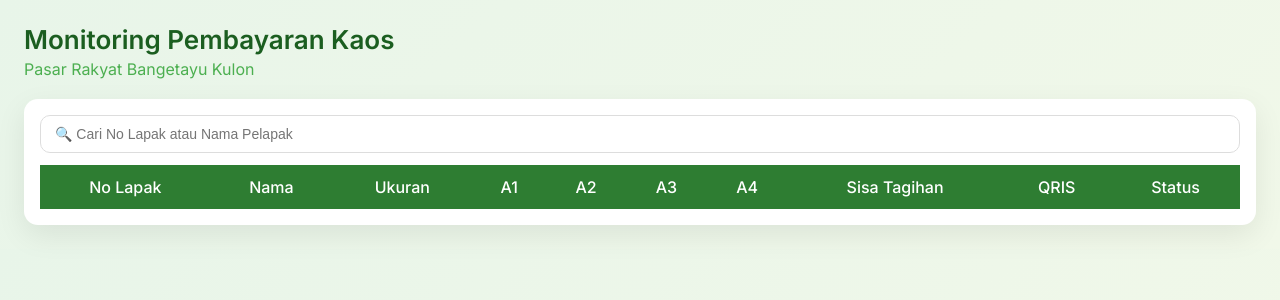
Repository: pasarrakyatbak/monitoringpembayarankaos
Page: index.html
An editor plug-in stored every save of this project. The page is shown before and after the next save, followed by the edit.
The browser window is 1280 px wide. The pictures show the whole page.
The page's requests for data from a server got no answer.

Above is the page before, as saved 2026-01-04 13:45:48.

### index.html
<!DOCTYPE html>
<html lang="id">

<head>
    <meta charset="UTF-8">
    <meta name="viewport" content="width=device-width, initial-scale=1.0">
    <title>Monitoring Kaos Pelapak</title>

    <!-- Font -->
    <link rel="preconnect" href="https://fonts.googleapis.com">
    <link rel="preconnect" href="https://fonts.gstatic.com" crossorigin>
    <link href="https://fonts.googleapis.com/css2?family=Inter:wght@400;500;600&display=swap" rel="stylesheet">

    <link rel="stylesheet" href="style.css">
</head>

<body>
    <div class="app">

        <header class="header">
            <div>
                <h1>Monitoring Pembayaran Kaos</h1>
                <p>Pasar Rakyat Bangetayu Kulon</p>
            </div>
        </header>

        <div class="card">
            <div class="toolbar">
                <input type="text" id="searchInput" placeholder="🔍 Cari No Lapak atau Nama Pelapak">
            </div>

            <div class="table-wrapper">
                <table>
                    <thead>
                        <tr>
                            <th>No Lapak</th>
                            <th>Nama</th>
                            <th>Ukuran</th>
                            <th>A1</th>
                            <th>A2</th>
                            <th>A3</th>
                            <th>A4</th>
                            <th>Sisa Tagihan</th>
                            <th>QRIS</th>
                            <th>Status</th>
                        </tr>
                    </thead>
                    <tbody>
                        <!-- Data dari JS -->
                    </tbody>
                </table>
            </div>
        </div>

    </div>

    <script src="script.js"></script>
</body>

</html>

### style.css
* {
  box-sizing: border-box;
}

body {
  margin: 0;
  font-family: 'Inter', sans-serif;
  background: linear-gradient(135deg, #e8f5e9, #f1f8e9);
}

.app {
  padding: 24px;
}

.header h1 {
  margin: 0;
  font-size: 26px;
  font-weight: 600;
  color: #1b5e20;
}

.header p {
  margin-top: 4px;
  color: #4caf50;
}

.card {
  margin-top: 20px;
  background: #fff;
  border-radius: 14px;
  padding: 16px;
  box-shadow: 0 10px 30px rgba(0, 0, 0, 0.08);
  overflow-x: auto;
}

.toolbar {
  margin-bottom: 12px;
}

.toolbar input {
  width: 100%;
  padding: 10px 14px;
  border-radius: 10px;
  border: 1px solid #ddd;
  font-size: 14px;
}

.toolbar input:focus {
  outline: none;
  border-color: #2e7d32;
}

table {
  width: 100%;
  border-collapse: collapse;
}

th {
  background: #2e7d32;
  color: white;
  padding: 12px;
  font-weight: 500;
}

td {
  padding: 10px;
  text-align: center;
  border-bottom: 1px solid #eee;
}

tr:hover {
  background: #f9f9f9;
}

input[type="checkbox"] {
  width: 18px;
  height: 18px;
  accent-color: #2e7d32;
  cursor: pointer;
}

.status-lunas {
  color: #2e7d32;
  font-weight: 600;
}

.status-belum {
  color: #f57c00;
}

@media (max-width: 768px) {

  th,
  td {
    font-size: 12px;
    padding: 8px;
  }
}

### script.js
const API_URL = "https://script.google.com/macros/s/AKfycby4z2qZ24SrJkcyGpybH29lSUC_3_z1LG-7wSmTzpaOEXrwjXf0Cl3hqkg95qAxPj1-/exec";
let allData = [];

document.addEventListener('DOMContentLoaded', () => {
    const searchInput = document.getElementById('searchInput');
    const tbody = document.querySelector('tbody');

    async function loadData() {
        const res = await fetch(API_URL + "?action=list");
        const data = await res.json();
        allData = data;
        renderTable(data);
    }

    function renderTable(data) {
        tbody.innerHTML = '';
        data.forEach((row, index) => {
            const statusText = row.lunas ? 'Lunas' : 'Belum Lunas';
            const statusClass = row.lunas ? 'status-lunas' : 'status-belum';

            const tr = document.createElement('tr');
            tr.innerHTML = `
        <td>${row.noLapak}</td>
        <td>${row.nama}</td>
        <td>${row.ukuran}</td>
        <td>${row.a1}</td>
        <td>${row.a2}</td>
        <td>${row.a3}</td>
        <td>${row.a4}</td>
        <td>Rp ${row.total.toLocaleString('id-ID')}</td>
        <td>
          <input type="checkbox" ${row.qris ? 'checked' : ''} data-index="${index}">
        </td>
        <td class="${statusClass}">${statusText}</td>
      `;
            tbody.appendChild(tr);
        });
    }

    tbody.addEventListener('change', async (e) => {
        if (e.target.type === 'checkbox') {
            const index = e.target.dataset.index;

            const formData = new FormData();
            formData.append("action", "updateQRIS");
            formData.append("index", index);
            formData.append("qris", e.target.checked ? "true" : "false");

            await fetch(API_URL, {
                method: "POST",
                body: formData
            });

            loadData();
        }
    });

    searchInput.addEventListener('keyup', () => {
        const keyword = searchInput.value.toLowerCase();
        const filtered = allData.filter(item =>
            item.noLapak.toString().includes(keyword) ||
            item.nama.toLowerCase().includes(keyword)
        );
        renderTable(filtered);
    });

    loadData();
});

After the next save:
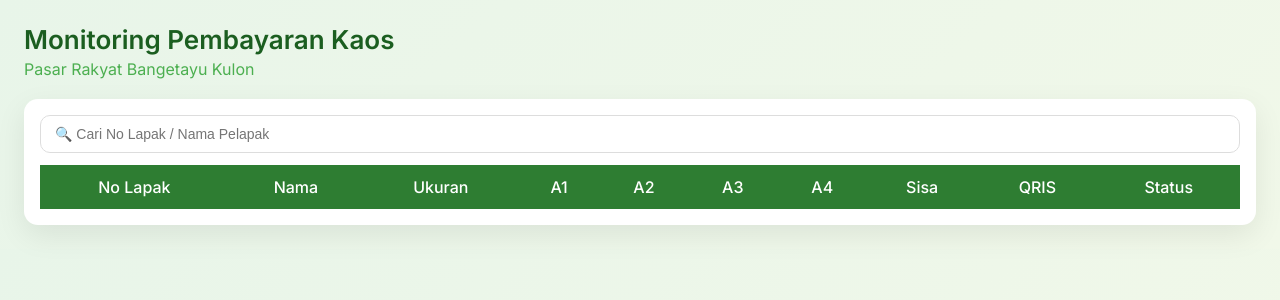
Saved 100 s later.
--- a/index.html
+++ b/index.html
@@ -4,9 +4,9 @@
 <head>
     <meta charset="UTF-8">
     <meta name="viewport" content="width=device-width, initial-scale=1.0">
-    <title>Monitoring Kaos Pelapak</title>
+    <title>Monitoring Pembayaran Kaos</title>
 
-    <!-- Font -->
+    <!-- FONT -->
     <link rel="preconnect" href="https://fonts.googleapis.com">
     <link rel="preconnect" href="https://fonts.gstatic.com" crossorigin>
     <link href="https://fonts.googleapis.com/css2?family=Inter:wght@400;500;600&display=swap" rel="stylesheet">
@@ -15,21 +15,21 @@
 </head>
 
 <body>
+
     <div class="app">
 
         <header class="header">
-            <div>
-                <h1>Monitoring Pembayaran Kaos</h1>
-                <p>Pasar Rakyat Bangetayu Kulon</p>
-            </div>
+            <h1>Monitoring Pembayaran Kaos</h1>
+            <p>Pasar Rakyat Bangetayu Kulon</p>
         </header>
 
         <div class="card">
             <div class="toolbar">
-                <input type="text" id="searchInput" placeholder="🔍 Cari No Lapak atau Nama Pelapak">
+                <input type="text" id="searchInput" placeholder="🔍 Cari No Lapak / Nama Pelapak">
             </div>
 
-            <div class="table-wrapper">
+            <!-- DESKTOP TABLE -->
+            <div class="desktop-view">
                 <table>
                     <thead>
                         <tr>
@@ -40,16 +40,17 @@
                             <th>A2</th>
                             <th>A3</th>
                             <th>A4</th>
-                            <th>Sisa Tagihan</th>
+                            <th>Sisa</th>
                             <th>QRIS</th>
                             <th>Status</th>
                         </tr>
                     </thead>
-                    <tbody>
-                        <!-- Data dari JS -->
-                    </tbody>
+                    <tbody id="tableBody"></tbody>
                 </table>
             </div>
+
+            <!-- MOBILE CARD -->
+            <div class="mobile-view" id="cardContainer"></div>
         </div>
 
     </div>
